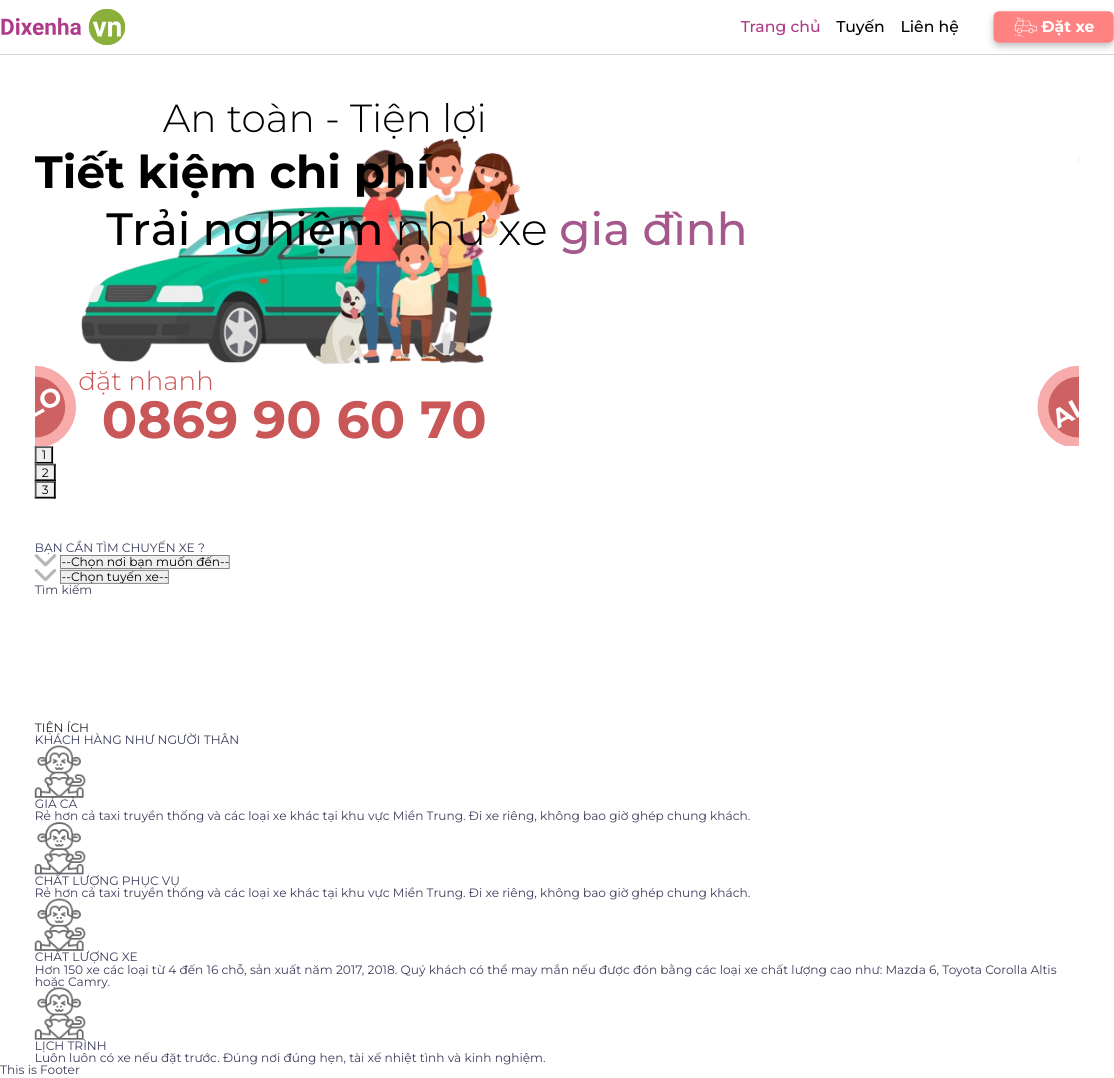
Repository: thanhthien0706/last_project--fe004
Page: lastProductF004/dist/index.html
These files come from the project's save history. The page is drawn as it stood at one moment and after the next save; the edit follows.
The browser window is 1280 px wide. The pictures show the whole page, at 87% of full size.
Some web libraries are served in a nearby version. The style sheet was rebuilt from its Sass, Less or Tailwind sources for each picture, by a compiler version that may differ from the author's.

Above is the page before, as saved 2021-09-16 20:09:23.

After the next save:
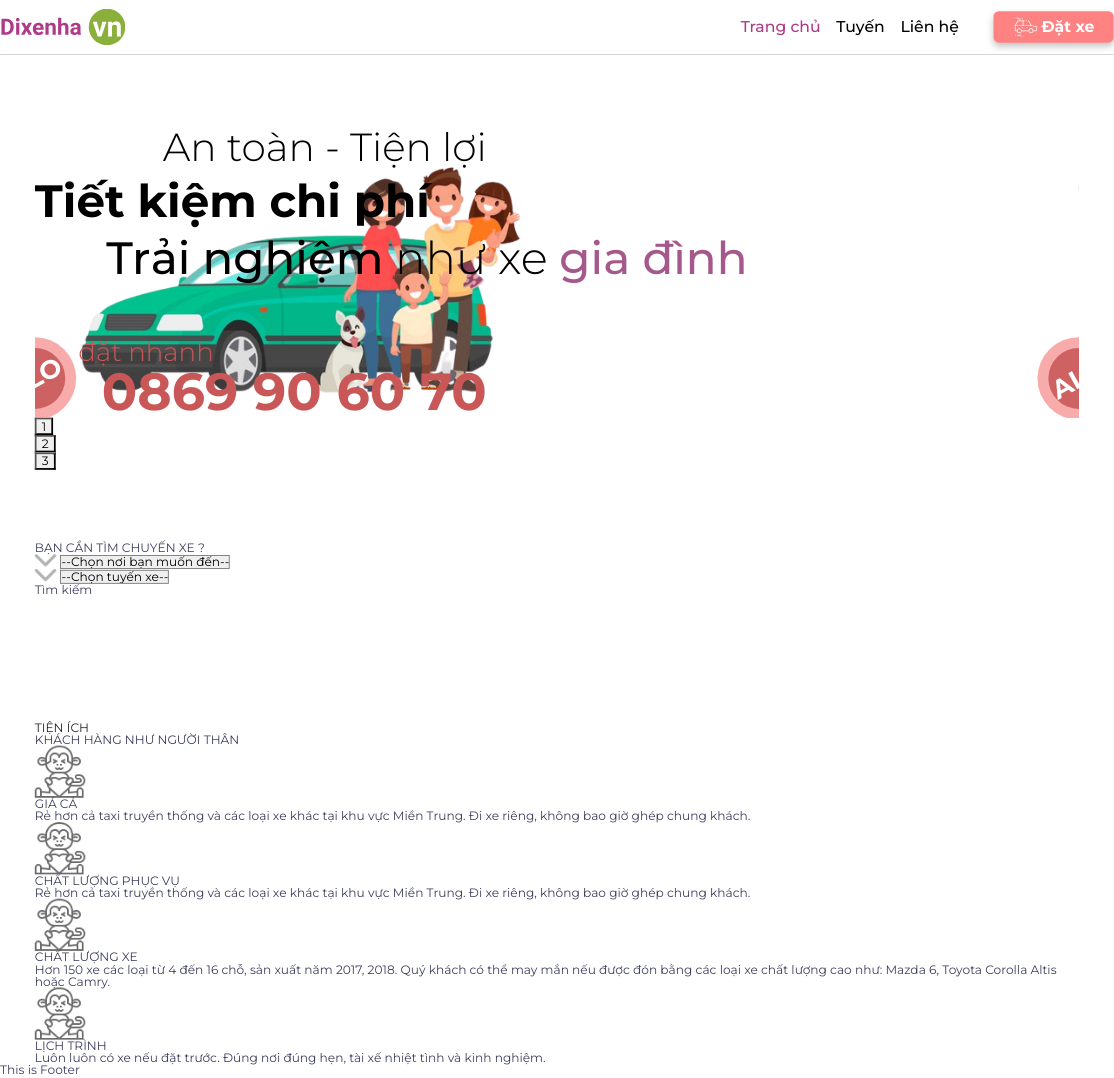
Saved 30 s later.
--- a/lastProductF004/src/styles/pages/_homepage.scss
+++ b/lastProductF004/src/styles/pages/_homepage.scss
@@ -10,12 +10,12 @@ html {
 
 .section_01{
     min-height:500px;
-    padding: 50px 0;
+    padding: 83px 0;
     // width: 100%;
     .box_main_slide{
         .box_content_slide{
             position: relative;
-            height: 400px;
+            height: 334px;
             .box_slogan{
                 position: absolute;
                 top: 0;
